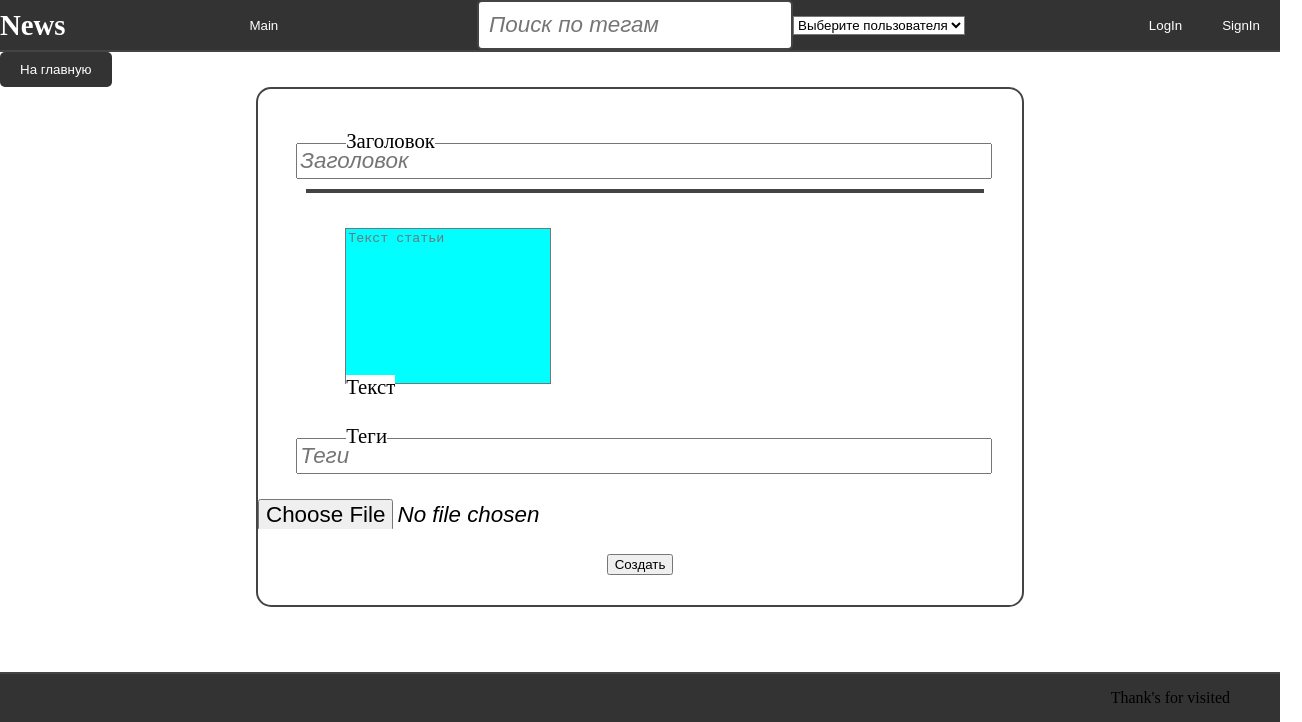
Repository: Igor-Blazhko/news_frontend
Page: /CreatePost
An editor plug-in stored every save of this project. The page is shown before and after a run of saves, followed by the edit.
The browser window is 1280 px wide. The page is 1280 px wide, then 1302 px, so the pictures cover 1302 px, including what lies to the right of the window. The pictures show the whole page.
The project was rebuilt for these pictures with package versions that can differ from the ones it lists, and the page was loaded fresh each time. Also part of the build but not shown: vite.config.ts, src/components/allPost/onePost/onePost.module.css, src/components/allPost/onePost/onePost.tsx, src/components/allPost/allPost.tsx, src/components/auth/logIn/login.module.css, src/components/auth/logIn/login.tsx, src/components/auth/register/register.tsx, src/components/pageOnePost/comments/comment.tsx and 2 more.

Above is the page before, as saved 2024-07-15 16:29:11.

### src/App.tsx
import Header from './components/header/header'
import AllPost from './components/allPost/allPost'
import Footer from './components/footer/footer'
import LogIn from './components/auth/logIn/login'
import { Page } from './types'
import SignIn from './components/auth/register/register'
import { BrowserRouter, Route, Routes } from 'react-router-dom'
import OnePost from './components/pageOnePost/OnePost'
import { Provider } from 'react-redux'
import { store } from './store'
import { QueryClient, QueryClientProvider } from '@tanstack/react-query'
import CreatePost  from './components/createPost/createPost'



const queryClient = new QueryClient();

function App() {

  return (
    <Provider store={store}>
      <QueryClientProvider client={queryClient}>
        <BrowserRouter>
        <Header></Header>
          <Routes>
            <Route path="*" element ={ <AllPost/> }/>
            <Route path={Page.LogIn} element ={ <LogIn/> }/>
            <Route path={Page.SignIn} element ={ <SignIn/> }/>
            <Route path={Page.CreatePost} element ={ <CreatePost/> }/>
            <Route path={Page.OnePost+'/:id'} element ={ <OnePost/> }/>
          </Routes>
        <Footer></Footer>
        </BrowserRouter>
      </QueryClientProvider>
    </Provider>
  )
}

export default App

### src/index.css
body{
  margin: 0;
  padding: 0;
  width: 100vw;
  min-height: 100vh;
  overflow-x: hidden;
}

main{
  min-height: calc(100vh - 100px);
}

### src/components/header/header.tsx

import { Link } from 'react-router-dom';
import Button from '../simplyComponents/button/button';
import styles from './header.module.css'
import ButtonAuth  from './buttonAuth/buttonAuth';
import Filter from './filter/filter';


export default function Header() {
        return (
        <header className={styles.header}>
            <div className={styles.logo}>
                News
            </div>
            <nav>
                <Link to="">
                    <Button>Main</Button>
                </Link>
            </nav>
            <Filter/>
            <ButtonAuth/>
        </header>
    )
}

### src/components/footer/footer.tsx
import { Link } from 'react-router-dom'
import styles from './footer.module.css'
import { Page } from '../../types'
import Button from '../simplyComponents/button/button'
import { useSelector } from 'react-redux'
import { States } from '../../store'

export default function Footer(){
    const JWT = useSelector( (state:States) => state.JWT)
    return(
        <footer className={styles.footer}>
            {
            JWT &&
            <Link to={'/'+Page.CreatePost}>
                <Button>Создать пост</Button>
            </Link>
            }

            <div className={styles.text}>Thank's for visited</div>
        </footer>
    )
}

### src/types.ts
export const enum Page {
    LogIn = 'LogIn',
    SignIn = 'SignIn',
    AllPost = 'AllPost',
    OnePost = 'OnePost',
    CreatePost = 'CreatePost',
}

export class ObjectToken {
    private readonly access_token:string;
    constructor(access_token:string){
        this.access_token = access_token;
    }
}

export class HTTPExeption{
    private readonly response:string;
    private readonly status:number;
    private readonly message:string;
    private readonly name:string;
    constructor(response:string, status:number, message:string, name:string){
        this.response = response;
        this.status = status;
        this.message = message;
        this.name = name;
    }
}

### src/store.ts
import { createStore } from '@reduxjs/toolkit'
import cooks from './basefunction';

export interface States{
  tagfilter: string[],
  userfilter: number,
  JWT:string|undefined,
  location: string,
}

const defaultState:States = {
  tagfilter: [],
  userfilter: 0,
  JWT: cooks.getJWT(),
  location: '*',
}

type Action = {
  type:string,
  buffer?:string,
  userId?:number,
  JWT?:string,
}
const reducer = (state = defaultState, action:Action) => {
  switch (action.type){
    case 'Filter':
      if (( 'buffer' in action) && (action.buffer !== undefined)) {
        const arr = action.buffer.split(' ');
        state = {...state,
          tagfilter: arr,
        }
      }
      return state;
    case 'setUserFilter':
      if (( 'userId' in action) && (action.userId !== undefined)) {
        state = {...state,
          userfilter: action.userId,
        }
      }
      return state
    case 'SetJWT':
      if ( ('JWT' in action) && (action.JWT !== undefined) ){
        state = {...state,
          JWT: action.JWT,
        }
        cooks.LogIn(action.JWT)
      // document.cookie = `JWT_token=${action.JWT}`
      }
      return state;
    case 'DelJwt':
      state = {
        ...state,
        JWT:'',
      }
      cooks.LogOut()
      return state;
    case 'setLocation':
      state = {
        ...state,
        location: location.pathname,
      }
      return state;
    case 'dropLocation':
      state = {
        ...state,
        location: '*',
      }
      return state;
    default:
      return state;
  }
}

export const store = createStore(reducer)

### src/components/createPost/createPost.tsx
import { Link } from "react-router-dom";
import { Page } from "../../types";
import Button from "../simplyComponents/button/button";
import SERVER from "../../dataServer";
import styles from "./createPost.module.css"

export default function CreatePost(){

    return (
        <main>
            <Link to={'/'}>
                <Button>На главную</Button>
            </Link>
            <div>
                <form action={SERVER.POST.News.create} method="post" className={styles.form}>
                    <div className={styles.article}>
                        <label htmlFor="article" className={styles.article} >Заголовок</label>
                        <input type="text" name="article" maxLength={254} placeholder="Заголовок" className={styles.article}/>
                    </div>
                    <div className={styles.text}>
                        <label htmlFor="text" className={styles.text} >Текст</label>
                        <textarea name="text" placeholder="Текст статьи" className={styles.text}/>
                    </div>
                    <div className={styles.tags}>
                        <label htmlFor="tags" className={styles.tags}>Теги</label>
                        <input type="text" name="tags" placeholder="Теги"  className={styles.tags}/>
                    </div>
                    <input type="file" />
                    <button type="submit" className={styles.btn}>Создать</button>
                </form>
            </div>
        </main>

    )
}

### src/components/simplyComponents/button/button.tsx
import { MouseEventHandler, ReactNode } from 'react'
import styles from './button.module.css'
type Button = {
    text?:string,
    children?:ReactNode
    onClick?:MouseEventHandler<HTMLButtonElement>
}

export default function Button(props:Button){

    return(
        <button className={styles.button} onClick={props.onClick}>{props.children}</button>
    )
}

### src/components/header/header.module.css
header {
    background-color: #333;
    display: flex;
    justify-content: space-between;
    align-items: center;
    border-bottom: 2px solid #444;
    box-sizing: border-box;
    min-height: 50px;
}

.logo {
    font-size: 1.8em;
    font-weight: bold;
    color: #fff;
}



  .filter {
    display: flex;
    align-items: center;
  }

  .filter input,
  .filterselect {
    padding: 8px 10px;
    margin-left: 15px;
    border: 2px solid #444;
    border-radius: 5px;
    transition: border-color 0.3s ease;
  }

  .filter input:focus,
  .filter select:focus {
    border-color: #888;
  }

  .filter select {
    background-color: #fff;
}

### src/components/header/buttonAuth/buttonAuth.tsx
import { useDispatch, useSelector } from "react-redux"
import { States } from "../../../store"
import cooks from "../../../basefunction";
import Button from "../../simplyComponents/button/button";
import { Link } from "react-router-dom";
import { Page } from "../../../types";

export default function ButtonAuth(){

    const JWT = useSelector( (state:States) => state.JWT);
    const dispatch = useDispatch();

    function LogOut(){
        dispatch({
            type: 'DelJwt',
        })
    }

    return (
        <>
            {
                JWT?
                <div className="auth">
                    <Button onClick={LogOut}>LogOut</Button>
                </div>
                :
                <div className="auth">
                    <Link to={Page.LogIn}>
                        <Button>LogIn</Button>
                    </Link>
                    <Link to={Page.SignIn}>
                        <Button>SignIn</Button>
                    </Link>
                </div>
                }
        </>
    )
}

### src/components/header/filter/filter.tsx

import { useEffect, useState } from 'react'
import { User } from '../../pageOnePost/types/types'
import styles from '../header.module.css'
import { useDispatch } from 'react-redux'

export default function Filter(){
    const [users, setUsers] = useState([ {
        id: 1,
        name: 'igor',
        sername: 'Blazhko',
        login: 'user1',
    }])
    const [change, setChange] = useState(false)
    const dispatch = useDispatch()

    useEffect(() => {
        const users = [
            {
                id: 1,
                name: 'igor',
                sername: 'Blazhko',
                login: 'user1',
            },
            {
                id: 2,
                name: 'igor',
                sername: 'Tokin',
                login: 'user2',
            },
            {
                id: 3,
                name: 'igor',
                sername: 'Lankin',
                login: 'user3',
            },
        ];
        setUsers(users);
        // setLog(JWT)
    },[])

    function changeFilter(event:React.ChangeEvent<HTMLInputElement>){
        dispatch({
            type:'Filter',
            buffer: event.target.value,
        })
    }

    function changeUser(event) {
        dispatch({
            type:'setUserFilter',
            userId: +event.target.value,
        })
        if ( +event.target.value ) setChange(true)
        else setChange(false)
    }

    return (
            <div className={styles.filter}>
                <input type="text" placeholder="Поиск по тегам" onChange={changeFilter}/>
                <select onChange={changeUser} defaultValue="option0">
                    <option value="0">
                        { change? 'Cбросить фильтрацию': 'Выберите пользователя'}
                    </option>
                    {
                        users.map((user:User)=> <option key = {user.id} value={user.id}>{user.name} {user.sername}</option>)
                    }
                </select>
            </div>
    )
}

### src/components/allPost/allPost.module.css

main {
    display: flex;
    flex-direction: column;
    row-gap: 25px;
  }

### src/dataServer.ts


const SERVER = {
    base: 'http://192.168.3.37:5000/',
    POST: {
        register: 'http://127.0.0.1:5000/auth/registration',
        login: 'http://127.0.0.1:5000/auth/login',
        comments: {
            createCom: 'http://127.0.0.1:5000/comments',
        },
        News: {
            create: 'http://127.0.0.1:5000/news',
        }
    },
    GET: {
        allNews: 'http://127.0.0.1:5000/news',
        oneNews: 'http://127.0.0.1:5000/news?id=',
        getAllCommentByPostId: 'http://127.0.0.1:5000/comments?id=',
    }
}
export default SERVER;

### src/components/footer/footer.module.css
footer {
    width: 100vw;
    background-color: #333;
    min-height: 50px;
    border-top: 2px solid #444;
    display: flex;
    justify-content: flex-end;
    align-items: center;
    box-sizing: border-box;
}

.text{
    margin-right: 50px;
}

### src/components/pageOnePost/OnePost.module.css
main{
  display: block;
}
.post_content_full {
    display: flex;
    flex-direction: column;
    align-items: center;
    text-align: center;
    animation: slideIn 0.5s ease-in-out;
  }

  .post_image {
    width: 150px;
    height: 150px;
    margin-bottom: 20px;
  }

  .post_title_full {
    font-size: 2em;
    margin-bottom: 20px;
  }

  .post_text_full {
    font-size: 1.2em;
    margin-bottom: 40px;
  }

  .comments {
    background-color: #fff;
    padding: 20px;
    border: 1px solid #ccc;
    border-radius: 10px;
    margin-top: 20px;
  }



  .comments h3 {
    font-size: 1.5em;
    margin-bottom: 10px;
  }

  .comment {
    margin-bottom: 10px;
    padding: 10px;
    border: 1px solid #ccc;
    border-radius: 5px;
    background-color: #fafafa;
  }

  .comment p {
    font-size: 1.2em;
  }

  .comment_form {
    margin-top: 20px;
  }

  .comment_form textarea {
    width: 100%;
    padding: 10px;
    margin-bottom: 10px;
    border: 1px solid #ccc;
    border-radius: 5px;
    resize: vertical;
    transition: border-color 0.3s ease;
  }

  .comment_form textarea:focus {
    border-color: #888;
  }

  .comment_form button {
    padding: 10px;
    border: none;
    border-radius: 5px;
    background-color: #333;
    color: #fff;
    cursor: pointer;
    transition: background-color 0.3s ease, transform 0.3s ease;
  }

  .comment_form button:hover {
    background-color: #444;
    transform: translateY(-3px);
  }

### src/basefunction.ts
import { useDispatch } from "react-redux";

class Cookie {
    getCookie(name:string) {
        let matches = document.cookie.match(new RegExp(
          "(?:^|; )" + name.replace(/([\.$?*|{}\(\)\[\]\\\/\+^])/g, '\\$1') + "=([^;]*)"
        ));
        return matches ? decodeURIComponent(matches[1]) : undefined;
    }

    setCookie(name:string, value:string, options = {}) {

        options = {
          path: '/',
          // при необходимости добавьте другие значения по умолчанию
          ...options
        };

        if (options.expires instanceof Date) {
          options.expires = options.expires.toUTCString();
        }

        let updatedCookie = encodeURIComponent(name) + "=" + encodeURIComponent(value);

        for (let optionKey in options) {
          updatedCookie += "; " + optionKey;
          let optionValue = options[optionKey];
          if (optionValue !== true) {
            updatedCookie += "=" + optionValue;
          }
        }

        document.cookie = updatedCookie;
    }

    deleteCookie(name:string) {
        this.setCookie(name, "", {
          'max-age': -1
        })
    }

    getJWT(){
        return this.getCookie('JWT_token')
    }

    LogIn(token:string){
        this.setCookie('JWT_token', token, {
            'max-age': 3600
          } )
    }

    LogOut(){
        this.setCookie('JWT_token', '', {
            'max-age': 3600
          } )
    }
}
const cooks = new Cookie()
export default cooks

### src/components/createPost/createPost.module.css
.form {
    border: 2px solid #444;
    border-radius: 15px;
    width: 60%;
    height: calc(100vh - 200px);
    margin: 0 auto;
    display: flex;
    flex-direction: column;
    justify-content: space-between;
    align-items: center;
    padding: 30px 0 ;
    box-sizing: border-box;
}

form>div{
    width: 90%;
}

label{
    position: relative;
    top: 10px;
    left: 50px;
    z-index: 2;
    background-color: white;
    font-size: 1.3em;
    transition: all 0.3s ease-in-out;
}
div:has(input:focus) label{
    transition: all 0.2s  ease-in;
    top: 0;
}

textarea{
	resize: none;
	width: 200px;
	height: 150px;
    background-color: aqua;
}

input{
    width: 100%;
    height: 30px;
    font-size: 1.4em;
    font-style: italic;
    display: block;
}

div.article::after{
    display: block;
    width: 98%;
    background-color: #444;
    border: 2px solid #444;
    content: "";
    margin: 10px;
}

### src/components/simplyComponents/button/button.module.css
.button {
    padding: 10px 20px;
    background-color: #333;
    color: #fff;
    border: none;
    border-radius: 5px;
    cursor: pointer;
    transition: background-color 0.3s ease, transform 0.3s ease;
    text-decoration: none;
}

.button:hover {
    background-color: #444;
    transform: translateY(-3px);
}

Loaded but not shown: index.html (common file); src/main.tsx (common file)

After the next 4 saves:
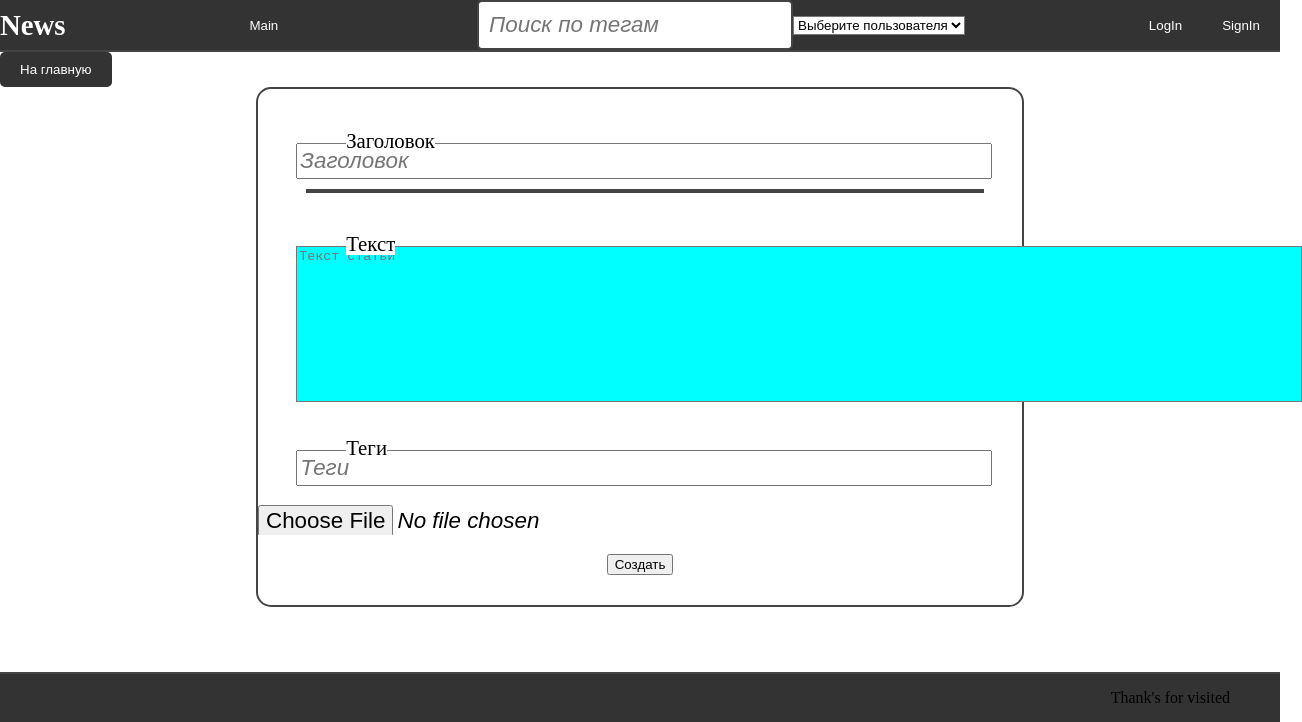
The 4 saves are shown as one change because they came seconds apart.
The last was saved 17 s later.
--- a/src/components/createPost/createPost.module.css
+++ b/src/components/createPost/createPost.module.css
@@ -32,7 +32,7 @@ div:has(input:focus) label{
 
 textarea{
 	resize: none;
-	width: 200px;
+	width: 1000px;
 	height: 150px;
     background-color: aqua;
 }
